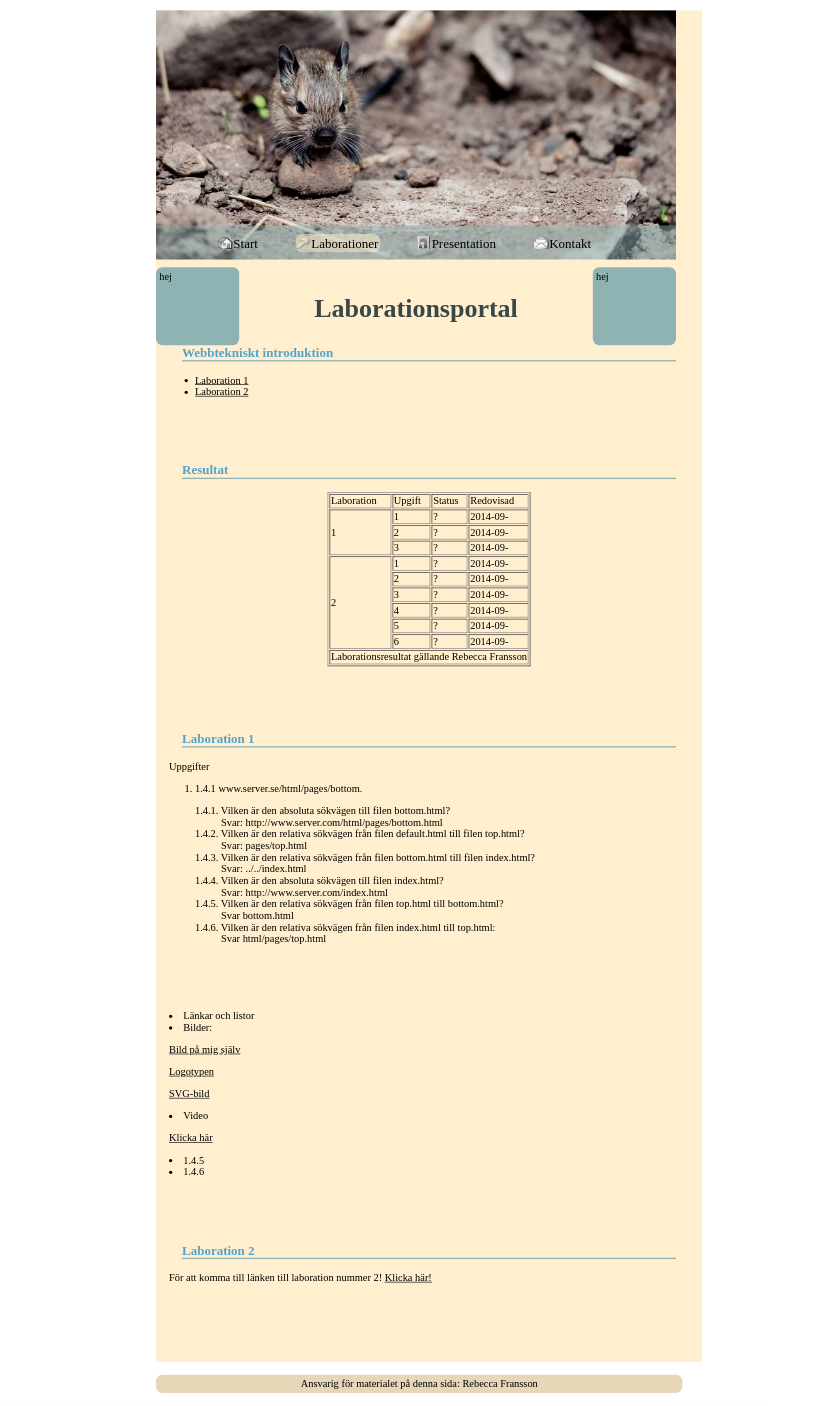
Repository: RebeccaFransson/Interfacedevelopment-1IK415
Page: pages/laborationer.html
The author's editor kept a record of every edit. The page is drawn from the files as they stood at one moment, then again after the next edit.
The browser window is 1280 px wide. The pictures show the whole page, at 65% of full size.

Above is the page before.

### pages/laborationer.html
<!DOCTYPE html>
<html>
<head>
   <meta charset="utf-8" name="viewport" content="width=device-width", "initial-scale=1.0" />
    <title>Laborationer</title>
    <link rel="stylesheet" href="../css/style.css" />
    <link rel="stylesheet" media="screen and (max-width:800px)" type="text/css" href="../css/min-style.css" />
</head>
    <body>

    <div id="header">
        <p><img src="../Pictures/header.jpg" width="800" alt=""></p>
    </div>

    <div id="meny">
        <ul id="lista">
                <li id="start" class="meny-start">  <a href="../index.html">Start</a> </li>  <!-- ../ gör att jag kommer ut till mappen ovan.-->
                <li id="lab" class="meny-lab">      <a class="active" href="laborationer.html">Laborationer</a> </li>
                <li id="pres" class="meny-pres" >   <a href="presentation.html">Presentation</a> </li>
                <li id="kont" class="meny-kont">    <a href="kontakt.html">Kontakt</a> </li>
     </ul>
    </div>

    <div class="left pic">
     hej
    </div>
    <div class="right pic">
     hej
    </div>

    <div id="content">

        <h2>Laborationsportal</h2>

        <div class="inlagg">
        <h3>Webbtekniskt introduktion</h3>
            <ul>
                <li><a href="#Laboration_1">Laboration 1</a> </li>
                <li><a href="#Laboration_2">Laboration 2</a> </li>
            </ul>
            </div>


         <div class="inlagg">
         <h3>Resultat</h3>
         <table border="1"> <!--Tabell-->
             <thead>
                <tr>
                    <td>Laboration</td>
                    <td>Upgift</td>
                    <td>Status</td>
                    <td>Redovisad</td>
                  </tr>
              </thead>
              <tbody>
                <tr>
                    <td rowspan="3">1</td>
                    <td>1</td>
                    <td>?</td>
                    <td>2014-09-</td>
                </tr>
                <tr>
                    <td>2</td>
                    <td>?</td>
                    <td>2014-09-</td>
                </tr>
                    <tr>
                    <td>3</td>
                    <td>?</td>
                    <td>2014-09-</td>
                </tr>

                <tr>                        <!--Tabell för lab2-->
                    <td rowspan="6">2</td>
                    <td>1</td>
                    <td>?</td>
                    <td>2014-09-</td>
                </tr>
                <tr>
                    <td>2</td>
                    <td>?</td>
                    <td>2014-09-</td>
                </tr>
                <tr>
                    <td>3</td>
                    <td>?</td>
                    <td>2014-09-</td>
                </tr>
                <tr>
                    <td>4</td>
                    <td>?</td>
                    <td>2014-09-</td>
                </tr>
                <tr>
                    <td>5</td>
                    <td>?</td>
                    <td>2014-09-</td>
                </tr>
                <tr>
                    <td>6</td>
                    <td>?</td>
                    <td>2014-09-</td>
                </tr>
            </tbody>
            <tfoot>
                <tr>                        <!--Tabell för lab2-->
                    <td colspan="4">Laborationsresultat gällande Rebecca Fransson</td>
                </tr>
            </tfoot>
             </table>
             </div>


                  <div class="inlagg">
                  <a name="Laboration_1"></a> <!---Gör en ankar länk till laboration 1-->
                  <h3>Laboration 1</h3>
                  <p>Uppgifter</p>

                  <!-- Gör en numrerad lista på uppgifterna i lab1 -->
                  <ol>
                     <li>1.4.1 www.server.se/html/pages/bottom.
                       <dl>
                         <dt>1.4.1. Vilken är den absoluta sökvägen till filen bottom.html?</dt>
                             <dd>Svar: http://www.server.com/html/pages/bottom.html</dd>
                         <dt>1.4.2. Vilken är den relativa sökvägen från filen default.html till filen top.html?</dt>
                             <dd>Svar: pages/top.html</dd>
                         <dt>1.4.3. Vilken är den relativa sökvägen från filen bottom.html till filen index.html?</dt>
                             <dd>Svar: ../../index.html</dd> <!-- ? -->
                         <dt>1.4.4. Vilken är den absoluta sökvägen till filen index.html?</dt>
                             <dd>Svar: http://www.server.com/index.html</dd>
                         <dt>1.4.5. Vilken är den relativa sökvägen från filen top.html till bottom.html?</dt>
                             <dd>Svar bottom.html</dd>
                         <dt>1.4.6. Vilken är den relativa sökvägen från filen index.html till top.html:</dt>
                             <dd>Svar html/pages/top.html</dd>
                       </dl>
                     </li>
                </div>


                <div class="inlagg">
                     <li>Länkar och listor</li>
                     <li>Bilder:
                         <p><a href="presentation.html#Bild_pa_mig">Bild på mig själv</a></p>
                         <p><a href="../Pictures/Logo.png">Logotypen</a> </p>
                         <p><a href="../index.html#blogg-SVG-bild">SVG-bild</a></p>
                     </li>
                     <li>Video
                         <p><a href="../index.html#blogg-video">Klicka här</a></p>
                     </li>
                     <li>1.4.5</li>
                     <li>1.4.6</li>
                 </ol>
                 </div>

                <div class="inlagg">
                 <a name="Laboration_2"></a>
                 <h3>Laboration 2</h3>
                      För att komma till länken till laboration nummer 2! <a href="https://preview.c9.io/rebeccafransson/uppgift-3-3/index.html">Klicka här!</a>

                 </div>

    </div>

    <div id="footer">
            Ansvarig för materialet på denna sida: Rebecca Fransson
    </div>

    </body>

     </html>

### css/style.css
body {

    width: 800px;
    margin:auto;

}

/*Här är min Header */
#header {

    background-color: #CCFFFF;
    height: auto;

}

#header img{
    float:left;
}

/*Här är min meny och länkarna */

#meny {
    background-color: RGBA(143, 178, 178, 0.5 );
    float: left;
    width: 800px;
    height:52px;
    position:relative;
    bottom:52px;
}


#meny li {
    margin-left:55px;
    list-style: none;
    float:left;


}
#meny a {
    padding:3px;
    text-decoration:none;
    font-size: 20px;
    padding-left:24px;

}
a:link {
    color: black;
}

a:visited {
    color: black;
}

a:hover {
    -webkit-border-radius: 10px;
    -moz-border-radius: 10px;
    border-radius: 10px;
    background-color: RGBA(255, 239, 206, 0.5 );

}

.active {
    -webkit-border-radius: 10px;
    -moz-border-radius: 10px;
    border-radius: 10px;
    background-color: RGBA(255, 239, 206, 0.5 );
}

/*Här är min Content med text */
#content{

    background-color:#FFEFCE;
    width: 800px;
    padding:20px;
    height:auto;

}
#content h2 {
    text-align:center;
    font-size:40px;
    color: #394747;
}

#content h3 {
    color: #52A3CC;
    font-size:20px;
    margin-left: 20px;
    margin-right: 20px;
    border-bottom: 2px solid #8FB2B2;

}

table {
    margin:auto;
}

.bildpamig{
    float:left;
    margin-top:60px;
    margin-right:10px;

}

.media{
    float:right;
}

.inlagg{
    margin-bottom:100px;
}

img p #content {
    float:none;
}

.signatur{
    float: right;
    font-style:oblique;
}


.pic{
    Background-color: #8FB2B2;
    width: 118px;
    height:110px;
    margin-top:-40px;
    -webkit-border-radius: 10px;
    -moz-border-radius: 10px;
    border-radius: 10px;
    padding: 5px;
}
.right{
    float:right;
}

.left{
    float:left;
}

#footer {

    Background-color: #E6D7B9;
    height:auto;
    width:800px;
    margin: 20px auto;
    text-align:center;
    -webkit-border-radius: 10px;
    -moz-border-radius: 10px;
    border-radius: 10px;
    padding: 5px;

}

/* Här kommer formulärets Css*/
.form {
    text-align:left;
    width: 50%;
    margin:auto;
}

#content legend {
    font-size: 20px;
}

.meny-start{
    height:20px;
    display:block;
    background-image: url('Pictures/sprite.png');
    background-repeat:no-repeat;
    background-origin:content-box;

}
#start{
    background-position: 0 -48px;


}
#start:hover{
    background-position: 0 0;
}



.meny-lab{
    height:20px;
    display:block;
    background-image: url('Pictures/sprite.png');
    background-repeat:no-repeat;
    background-origin:content-box;
}

#lab{
    background-position: 0 -144px;
}
#lab:hover{
    background-position: 0 -96px;
}


.meny-pres{
    height:20px;
    display:block;
    background-image: url('Pictures/sprite.png');
    float:left;
    background-repeat:no-repeat;
    background-origin:content-box;
}
#pres{
    background-position: 0 -240px;
}
#pres:hover{
    background-position: 0 -192px;
}

.meny-kont{
    height:20px;
    display:block;
    background-image: url('Pictures/sprite.png');
    float:left;
    background-repeat:no-repeat;
    background-origin:content-box;
}
#kont{
    background-position: 0 -336px;
}
#kont:hover{
    background-position: 0 -288px;
}

/*Mina bakgrundsfärger:
Header:#CCFFFF
Content:#FFEFCE
Footer:#E6D7B9
*/

@media print{
    #meny{
        display:none;
    }

    .pic{
        display:none;
    }
    #header {
        display:none;
    }
    #content {
        width:100%;
    }
    body {
        float:left;
    }

    #footer{
        display:none;
    }
    a:after{
        content: " ["attr(href) "]";
    }
}

### css/min-style.css
    body{
        max-width:100%;

    }
    #header{
        max-width:100%;
    }

    img, video {
        max-width:100%;
    }
    #lista{
        padding:0;
    }

    #meny{
        max-width:100%;
        height: auto;
        position:relative;
        bottom:52px;
    }

    #meny li {
        margin-left:55px;
        height: auto;
        margin-bottom:14px;
    }
    #meny a {
    font-size: 20px;
    margin-bottom:2px;
    }

    #content{
        padding-top:150px;
        max-width:100%;
        margin-left:0;
        width: auto;
    }

    #content h2 {
    margin-top:0;
    }

    #content h3 {

    font-size:18px;
    }



    #footer{
        max-width:100%;
    }

After the next edit:
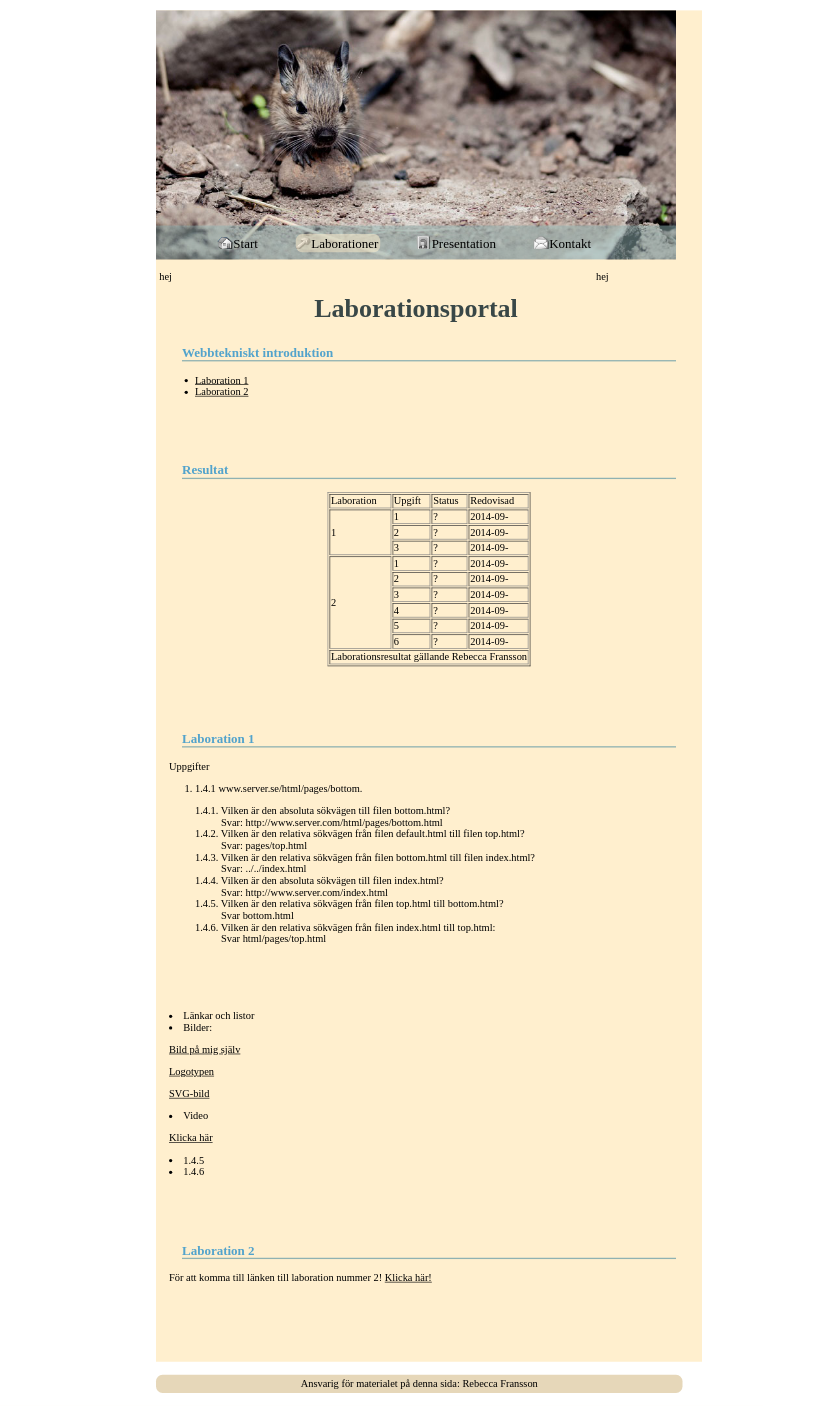
Not found: css/Pictures/danbo.png
The edit:
--- a/css/style.css
+++ b/css/style.css
@@ -120,7 +120,7 @@
 
 
 .pic{
-    Background-color: #8FB2B2;
+    Background-image: url('Pictures/danbo.png');
     width: 118px;
     height:110px;
     margin-top:-40px;
